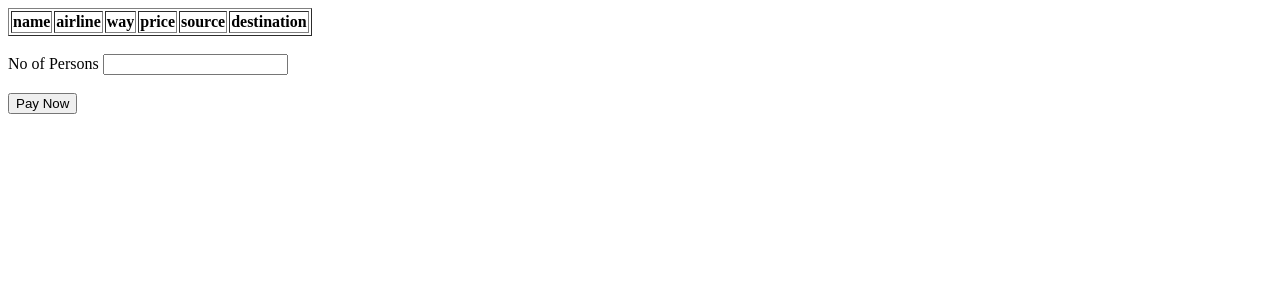
Repository: manishmachha/Project-FlyAway
Page: http://localhost/FlyAway/showdetails.jsp
An editor plug-in stored every save of this project. The page is shown before and after the next save, followed by the edit.
The browser window is 1280 px wide. The pictures show the whole page.
The page is served by Tomcat 9. The database holds what the project's SQL file puts in it.

Above is the page before, as saved 2022-01-04 07:39:56.

### FlyAway/src/main/webapp/showdetails.jsp
<%@ page language="java" contentType="text/html; charset=ISO-8859-1"
	pageEncoding="ISO-8859-1"%>
<%@page import="java.sql.*"%>
<%
String SOURCE = request.getParameter("source");
String DESTINATION = request.getParameter("destination");
Class.forName("com.mysql.jdbc.Driver");
String url = "jdbc:mysql://localhost:3306/flyaway";
String user = "root";
String pass = "2020";
String sql = "select * from flights where source='" + SOURCE + "'and destination='" + DESTINATION + "'";
Connection con = DriverManager.getConnection(url, user, pass);
Statement st = con.createStatement();
ResultSet rs = st.executeQuery(sql);
%>
<table border="1">
	<tr>
		<th>name</th>
		<th>airline</th>
		<th>way</th>
		<th>price</th>
		<th>source</th>
		<th>destination</th>
	</tr>
	<%
	while (rs.next()) {
	%>
	<tr>
		<td><%=rs.getString(1)%></td>
		<td><%=rs.getString(2)%></td>
		<td><%=rs.getString(3)%></td>
		<td><%=rs.getString(4)%></td>
		<td><%=rs.getString(5)%></td>
		<td><%=rs.getString(6)%></td>
	</tr>
	<%
	}
	%>
</table>
</br>
<form action="payment.jsp" method="post">
	No of Persons <input type="number" name="no of persons"></br>
	</br> <input type="submit" value="Pay Now">

</form>

### FlyAway/Databases/Flyaway.sql (the tables this page reads)
CREATE TABLE `flights` (
  `NAME` varchar(10) DEFAULT NULL,
  `AIRLINE` varchar(20) DEFAULT NULL,
  `WAY` varchar(20) DEFAULT NULL,
  `PRICE` varchar(10) DEFAULT NULL,
  `source` varchar(20) DEFAULT NULL,
  `destination` varchar(20) DEFAULT NULL
) ENGINE=InnoDB DEFAULT CHARSET=utf8mb4 COLLATE=utf8mb4_0900_ai_ci;

INSERT INTO `flights` VALUES ('INDG1','INDIGO','HYD-DEL','5000','Hyderabad','Delhi'),('INDG2','INDIGO','HYD-KOL','5000','Hyderabad','Kolkata'),('INDG3','INDIGO','HYD-MUM','5000','Hyderabad','Mumbai'),('INDG4','INDIGO','HYD-BAN','5000','Hyderabad','Bangalore'),('KING1','KINGFISHER','DEL-KOL','5000','Delhi','Kolkata'),('KING2','KINGFISHER','DEL-MUM','5000','Delhi','Mumbai'),('KING3','KINGFISHER','DEL-BAN','5000','Delhi','Bangalore'),('KING4','KINGFISHER','DEL-HYD','5000','Delhi','Hyderabad'),('SPIC1','SPICE JET','KOL-MUM','5000','Kolkata','Mumbai'),('SPIC2','SPICE JET','KOL-BAN','5000','Kolkata','Bangalore'),('SPIC3','SPICE JET','KOL-HYD','5000','Kolkata','Hyderabad'),('SPIC4','SPICE JET','KOL-DEL','5000','Kolkata','Delhi'),('AIRN1','AIR INDIA','MUM-BAN','5000','Mumbai','Bangalore'),('AIRN2','AIR INDIA','MUM-HYD','5000','Mumbai','Hyderabad'),('AIRN3','AIR INDIA','MUM-DEL','5000','Mumbai','Delhi'),('AIRN4','AIR INDIA','MUM-KOL','5000','Mumbai','Kolkata'),('TRUJ1','TRUE JET','BAN-HYD','5000','Bangalore','Hyderabad'),('TRUJ2','TRUE JET','BAN-DEL','5000','Bangalore','Delhi'),('TRUJ3','TRUE JET','BAN-KOL','5000','Bangalore','Kolkata'),('TRUJ4','TRUE JET','BAN-MUM','5000','Bangalore','Mumbai');

After the next save:
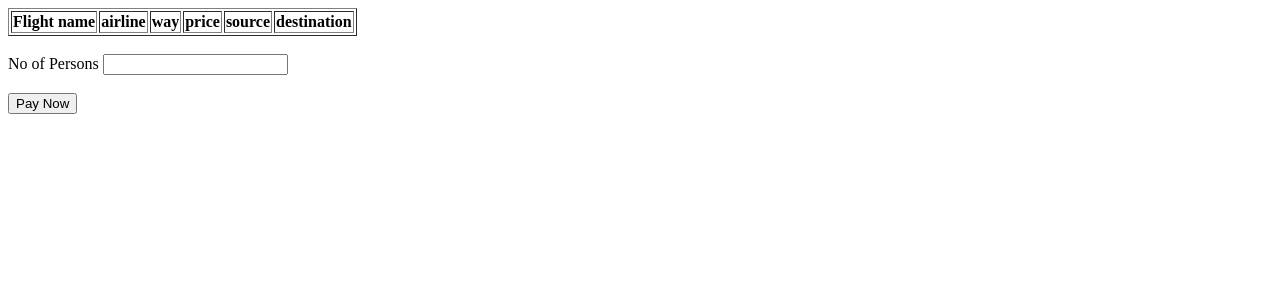
Saved 109 s later.
--- a/FlyAway/src/main/webapp/showdetails.jsp
+++ b/FlyAway/src/main/webapp/showdetails.jsp
@@ -15,7 +15,7 @@ ResultSet rs = st.executeQuery(sql);
 %>
 <table border="1">
 	<tr>
-		<th>name</th>
+		<th>Flight name</th>
 		<th>airline</th>
 		<th>way</th>
 		<th>price</th>
